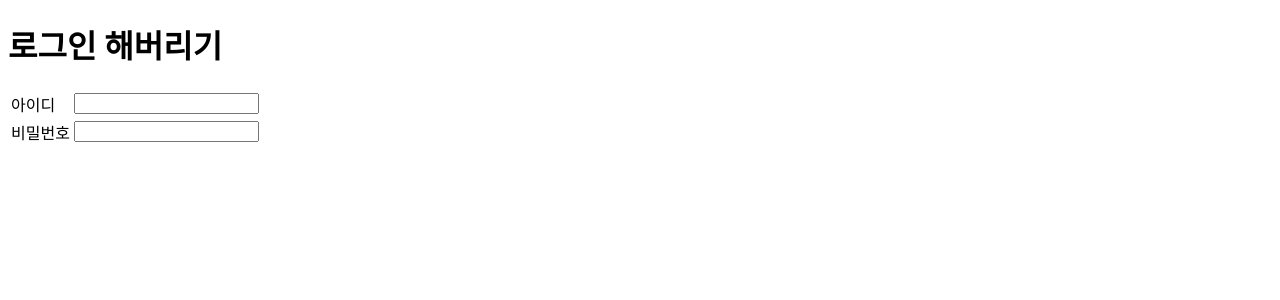
Repository: Yousehyeon/spring_work
Page: stsMvcProj/src/main/webapp/views/cookie/testview.html
These files come from the project's save history. The page is drawn as it stood at one moment and after the next save; the edit follows.
The browser window is 1280 px wide. The pictures show the whole page.

Above is the page before, as saved 2023-08-22 03:47:01.

### stsMvcProj/src/main/webapp/views/cookie/testview.html
<!DOCTYPE html>
<html xmlns="http://www.thymeleaf.org">
<head>
<meta charset="UTF-8">
<title>쿠키보기</title>
</head>
<body>
<h1>로그인 해버리기</h1>
<form action="">
	<table>
		<tr>
			<td>아이디</td>
			<td><input type="text" name="pid"></td>
		</tr>
		<tr>
			<td>비밀번호</td>
			<td><input type="text" name="pw"></td>
		</tr>
	</table>
</form>
</body>
</html>

After the next save:
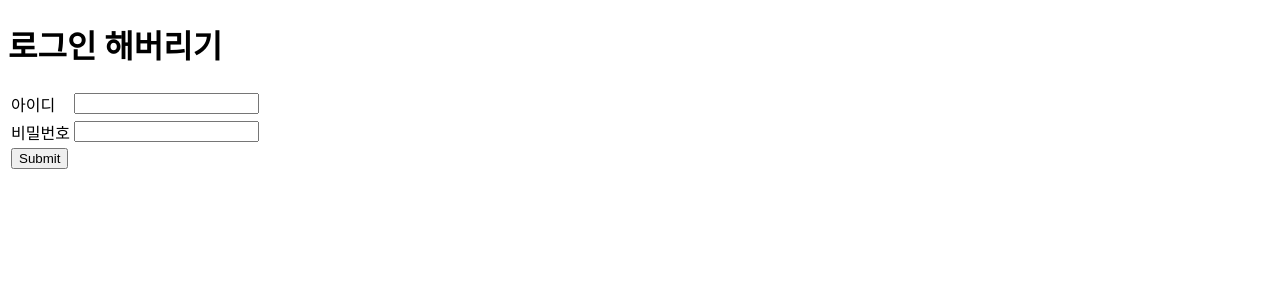
Saved 25 s later.
--- a/stsMvcProj/src/main/webapp/views/cookie/testview.html
+++ b/stsMvcProj/src/main/webapp/views/cookie/testview.html
@@ -16,6 +16,9 @@
 			<td>비밀번호</td>
 			<td><input type="text" name="pw"></td>
 		</tr>
+		<tr>
+			<td><input type="submit" </td>
+		</tr>
 	</table>
 </form>
 </body>
